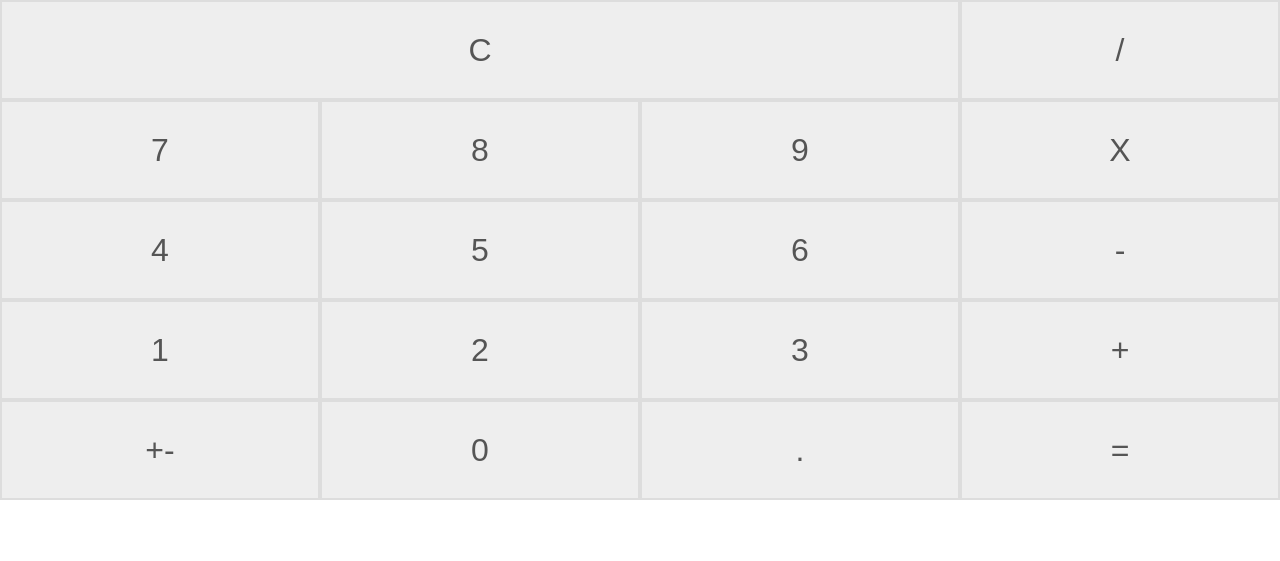
Repository: aaronmatei/react-calc
Page: /
The author's editor kept a copy of each file at every save. The page is drawn from the files as they stood at one save, then again after the next save.
The browser window is 1280 px wide. The pictures show the whole page.
The project was rebuilt for these pictures with package versions that can differ from the ones it lists, and the page was loaded fresh each time.

Above is the page before, as saved 2019-12-13 10:58:44.

### src/App.js
import React, { Component } from "react";
import Button from "./components/Button";
import "./css/styles.css";

class App extends Component {
	state = {
		current: "0",
		previous: [],
	};

	reset = () => {
		this.setState({ result: "0" });
	};
	addToCurrent = symbol => {
		this.setState({ current: this.state.current + symbol });
	};

	render() {
		const buttons = [
			{ symbol: "C", cols: 3, action: this.reset },
			{ symbol: "/", cols: 1, action: this.addToCurrent },
			{ symbol: "7", cols: 1, action: this.addToCurrent },
			{ symbol: "8", cols: 1, action: this.addToCurrent },
			{ symbol: "9", cols: 1, action: this.addToCurrent },
			{ symbol: "X", cols: 1, action: this.addToCurrent },
			{ symbol: "4", cols: 1, action: this.addToCurrent },
			{ symbol: "5", cols: 1, action: this.addToCurrent },
			{ symbol: "6", cols: 1, action: this.addToCurrent },
			{ symbol: "-", cols: 1, action: this.addToCurrent },
			{ symbol: "1", cols: 1, action: this.addToCurrent },
			{ symbol: "2", cols: 1, action: this.addToCurrent },
			{ symbol: "3", cols: 1, action: this.addToCurrent },
			{ symbol: "+", cols: 1, action: this.addToCurrent },
			{ symbol: "+-", cols: 1, action: this.addToCurrent },
			{ symbol: "0", cols: 1, action: this.addToCurrent },
			{ symbol: ".", cols: 1, action: this.addToCurrent },
			{ symbol: "=", cols: 1, action: this.addToCurrent },
		];
		return (
			<div className='App'>
				{/* <input className='result' type='text' value={this.state.current} onChange={null} /> */}

				{buttons.map((btn, idx) => {
					return (
						<Button key={idx} symbol={btn.symbol} cols={btn.cols} action={symbol => btn.action(symbol)} />
					);
				})}
			</div>
		);
	}
}

export default App;

### src/components/Button.jsx
import React, { Component } from "react";

class Button extends Component {
	render() {
		return (
			<div className={`column-${this.props.cols}`}>
				<button className='calc-button' onClick={() => this.props.action(this.props.symbol)}>
					{this.props.symbol}
				</button>
			</div>
		);
	}
}

export default Button;

### src/css/styles.css
.column-3 {
	width: 75%;
	float: left;
}
.column-2 {
	width: 50%;
	float: left;
}
.column-1 {
	width: 25%;
	float: left;
}
button.calc-button {
	width: 100%;
	height: 100px;
	border: 2px solid #ddd;
	background: #eee;
	font-size: 32px;
	color: #555;
}

Loaded but not shown: src/index.js (common file); src/index.css (common file); src/serviceWorker.js (common file)

After the next save:
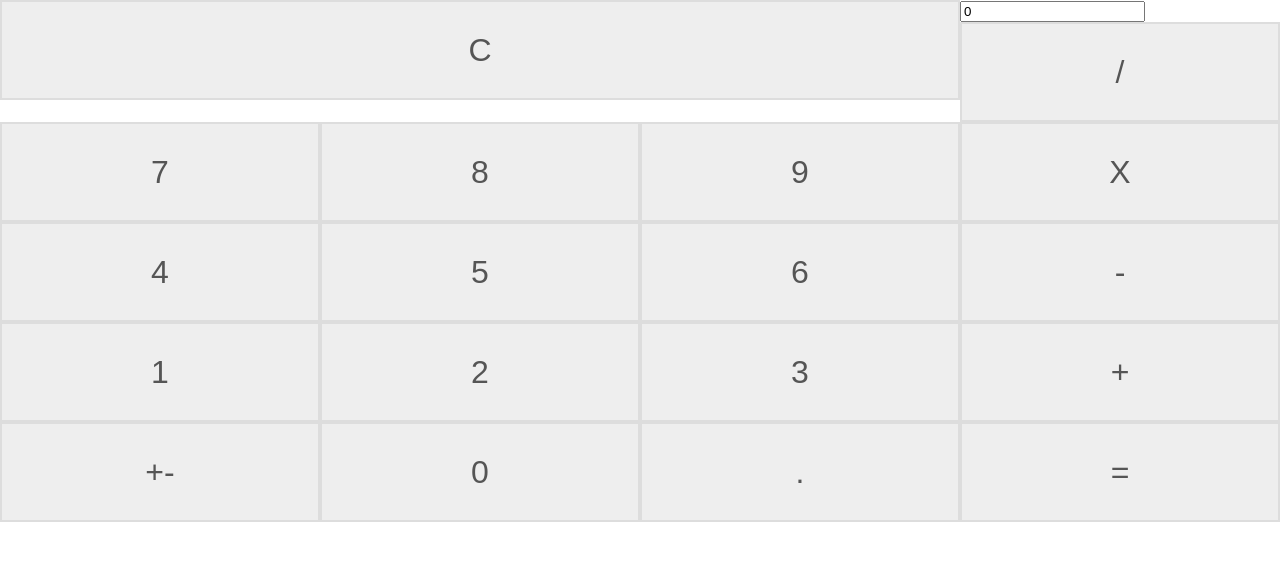
Saved 14 s later.
--- a/src/App.js
+++ b/src/App.js
@@ -38,7 +38,7 @@ class App extends Component {
 		];
 		return (
 			<div className='App'>
-				{/* <input className='result' type='text' value={this.state.current} onChange={null} /> */}
+				<input className='result' type='text' value={this.state.current} onChange={null} />
 
 				{buttons.map((btn, idx) => {
 					return (
